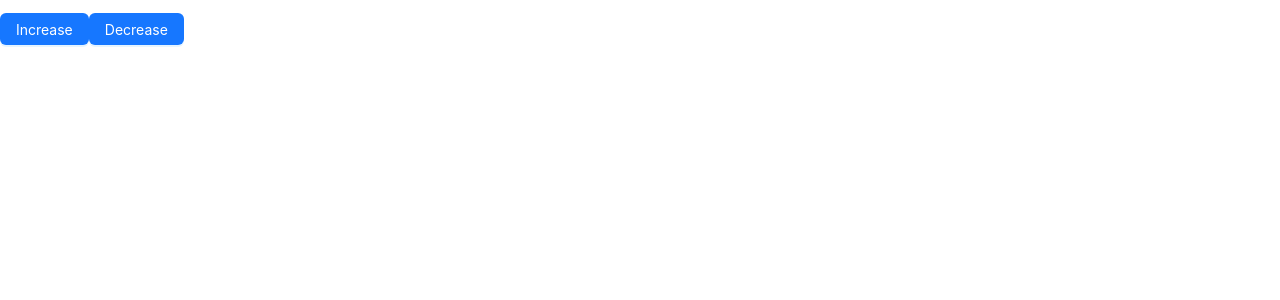
Repository: manhhieu120499/E-Commerce
Page: /
An editor plug-in stored every save of this project. The page is shown before and after the next save, followed by the edit.
The browser window is 1280 px wide. The pictures show the whole page.
The project was rebuilt for these pictures with package versions that can differ from the ones it lists, and the page was loaded fresh each time.

Above is the page before, as saved 2024-12-31 13:02:53.

After the next save:
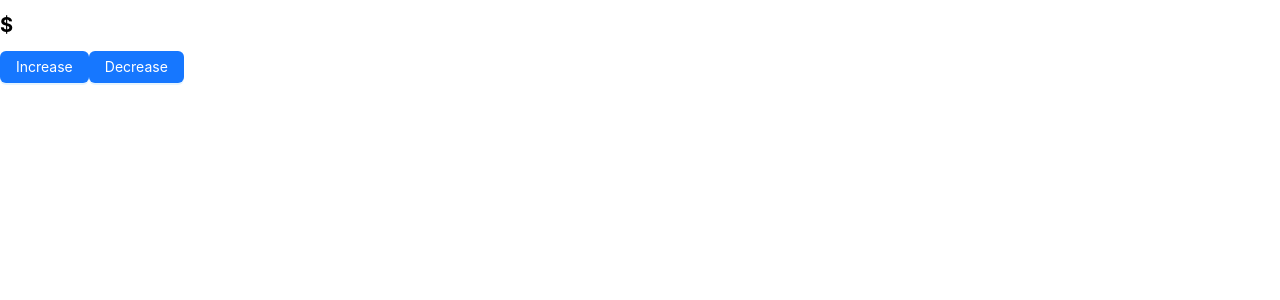
Saved 57 s later.
--- a/src/App.js
+++ b/src/App.js
@@ -6,7 +6,7 @@
   const dispatch = useDispatch();
   return (
     <div className="App">
-      <h1>{value}</h1>
+      <h1>${value}</h1>
       <Button type="primary" onClick={dispatch(increase)}>Increase</Button>
       <Button type="primary" onClick={dispatch(decrease)}>Decrease</Button>
     </div>

After the save that followed:
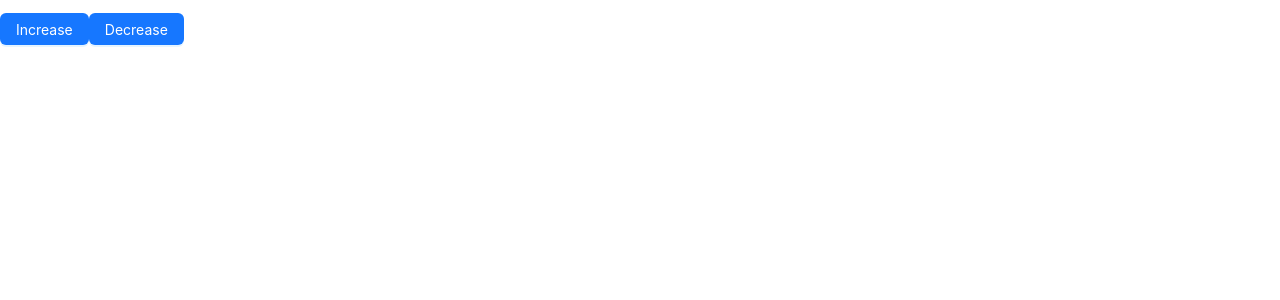
Saved 14 s later.
--- a/src/App.js
+++ b/src/App.js
@@ -6,7 +6,7 @@
   const dispatch = useDispatch();
   return (
     <div className="App">
-      <h1>${value}</h1>
+      <h1>{value}</h1>
       <Button type="primary" onClick={dispatch(increase)}>Increase</Button>
       <Button type="primary" onClick={dispatch(decrease)}>Decrease</Button>
     </div>
